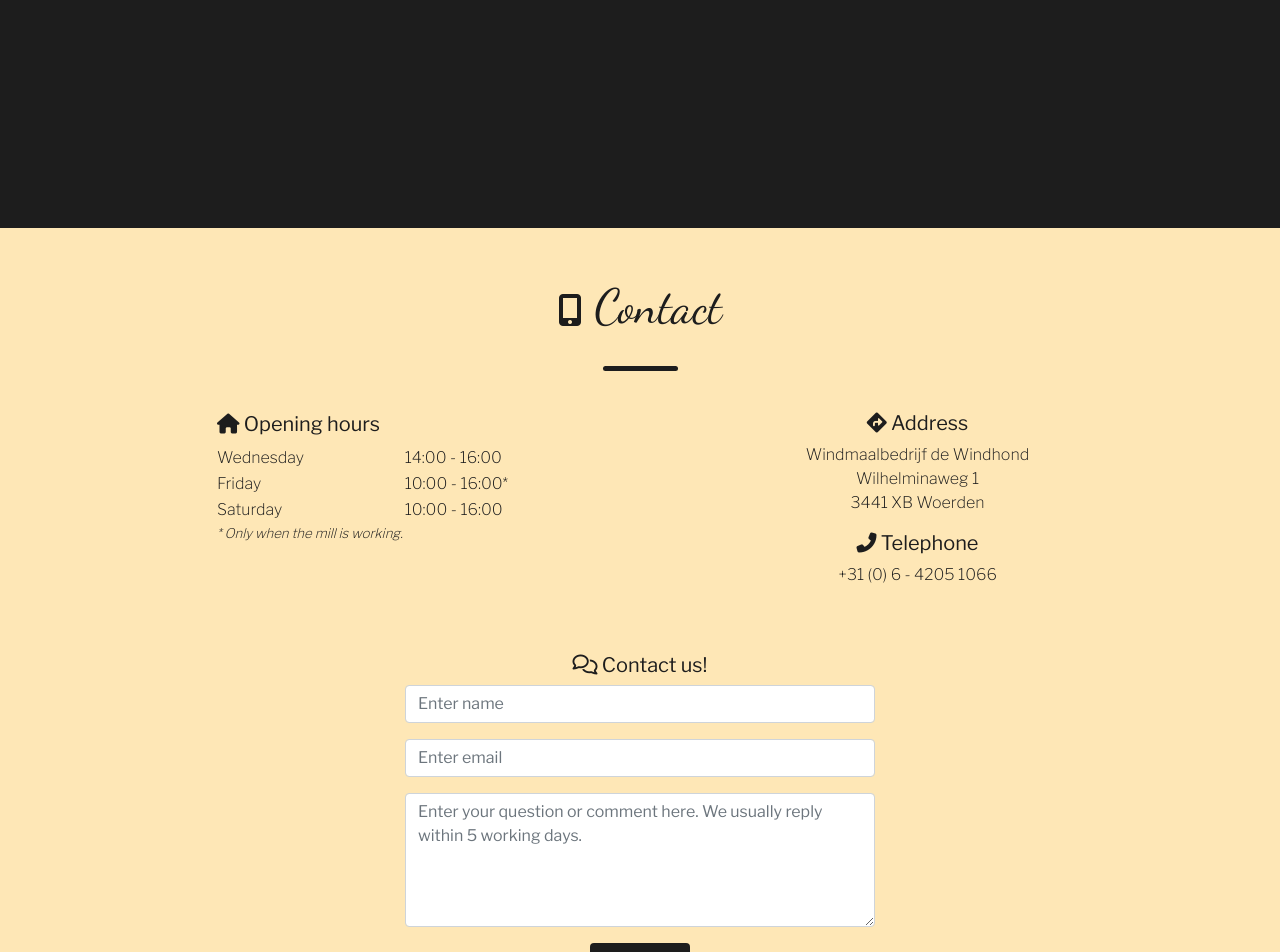
Repository: jdl208/DeWindhond
Page: index.html
The author's editor kept a record of every edit. The page is drawn from the files as they stood at one moment, then again after the next edit.
The browser window is 1280 px wide. The pictures show the part of the page from y = 2209 to 3161 px (the page is 3329 px tall).
Pictures or frames that could not be fetched are drawn as grey boxes. Some web libraries are served in a nearby version.

Above is the page before.

### index.html
<!DOCTYPE html>
<html lang="en">

<head>
    <meta charset="UTF-8">
    <meta name="viewport" content="width=device-width, initial-scale=1.0">
    <meta http-equiv="X-UA-Compatible" content="ie=edge">
    <title>Windmill "De Windhond"</title>
    <link rel="stylesheet" href="https://stackpath.bootstrapcdn.com/bootstrap/4.3.1/css/bootstrap.min.css" integrity="sha384-ggOyR0iXCbMQv3Xipma34MD+dH/1fQ784/j6cY/iJTQUOhcWr7x9JvoRxT2MZw1T" crossorigin="anonymous">
    <link href="https://fonts.googleapis.com/css?family=Dancing+Script:400,700&display=swap" rel="stylesheet">
    <link rel="stylesheet" href="assets/css/style.css" type="text/css" />

</head>

<body>

    <!-- Navigation-->
    <a href="" class="anchor" id="home"></a>
    <nav class="navbar fixed-top navbar-expand-md navbar-dark dark-bg">
        <a class="navbar-brand" href="#home">De Windhond</a>
        <button id="navbar-toggle-icon" class="navbar-toggler" type="button" data-toggle="collapse" data-target="#navbarTogglerDemo02" aria-controls="navbarTogglerDemo02" aria-expanded="false" aria-label="Toggle navigation">
                <i class="fas fa-bars"></i>
            </button>

        <div class="collapse navbar-collapse" id="navbarTogglerDemo02">
            <ul class="navbar-nav ml-auto mt-2 mt-lg-0">
                <li class="nav-item ml-auto nav--link">
                    <a class="nav-link" href="#home"><strong>Home</strong><span class="sr-only">(current)</span></a>
                </li>
                <li class="nav-item ml-auto nav--link">
                    <a class="nav-link" href="#about"><strong>About</strong></a>
                </li>
                <li class="nav-item ml-auto nav--link">
                    <a class="nav-link" href="#media"><strong>Media</strong></a>
                </li>
                <li class="nav-item ml-auto nav--link">
                    <a class="nav-link" href="#contact"><strong>Contact</strong></a>
                </li>
            </ul>
        </div>
    </nav>

    <!--Header image slider-->

    <header class="top-section">
        <div class="jumbotron sectioncontainer carousel-wrapper">


            <!--Preload images so you you wont see a hickup in the slider -->

            <img class="d-none" src="assets/images/img1.jpg" />
            <img class="d-none" src="assets/images/img2.jpg" />
            <img class="d-none" src="assets/images/img3.jpg" />
            <img class="d-none" src="assets/images/img4.jpg" />
            <img class="d-none" src="assets/images/img5.jpg" />
            <img class="d-none" src="assets/images/img6.jpg" />
            <img class="d-none" src="assets/images/img7.jpg" />

            <div class="bg-image-slider">

            </div>
        </div>
    </header>

    <!-- About -->
    <a href="" class="anchor" id="about"></a>
    <section class="light-bg sectioncontainer">
        <div class="container about">
            <h2><i class="far fa-list-alt media-icon"></i> About</h2>
            <hr class="block-divider dark-divider">

            <div class="row">
                <div class="col-md-6">
                    <h4>Timeline</h4>
                    <div class="history-items">
                        <div class="timeline-item" data-dates="1498">
                            <p>The first mill was build on top of the city wall.</p>
                        </div>
                        <div class="timeline-item" data-dates="1755">
                            <p>De Windhond was build on the spot of the original mill.</p>
                        </div>
                        <div class="timeline-item" data-dates="1977">
                            <p>The mill was sold to the city of Woerden. Which would restore the mill to it's original state.</p>
                        </div>
                        <div class="timeline-item" data-dates="2011">
                            <p>The new miller Karel Dolman is going to work in De Windhond and is going to make the mill functioning again untill this day.</p>
                        </div>
                    </div>
                </div>
                <div class="col-md-6">
                    <hr class="block-divider dark-divider d-md-none">
                    <h4>History</h4>

                    <p>Windmill "De Windhond" is a historical and valuable feature for the city of Woerden.</P>
                    <p>The Windhond is a round stone mill that was built in 1755 in Woerden. Today the mill is well maintained and is an important part of the cityscape.</p>
                    <p>The mill stands on one of the last pieces of city wall, originally part of a bastion belonging to the city walls of old Woerden. De Windhond has a flight of 25.2 meters. The mill was restored in 1984 and today it is still in use as
                        a flour mill. The flour from the mill is used at various points of sale. In addition, a number of bakers in Woerden sell bread with flour from the mill. The interior of the mill is largely in authentic condition. The miller lives
                        in the house at the bottom of the mill.
                    </p>
                    <!--<p>Karel Dolman (29) divides his time between "his" windmill De Windhond in Woerden and a permanent job as a mill repairman.</p>-->
                    <!--<p>The mill in Woerden doesn't run full production. The repairman job makes the work complete. Maintenance is always necessary and I am always technically informed.</p>-->
                    <!--<p>Karel has been at the mill since childhood. He is officially qualified and knows everything about the technology, weather, sailing and more. "And you have to be physically capable, because getting the windmill up or slowing down requires-->
                    <!--    power." Whether the work is in his blood? "Then I have to go to the doctor," he jokes. Collegiate banter between father (Maarten Dolman, miller of the Windotter in IJsselstein) and son is also there: "The Greyhound is older: completely-->
                    <!--    from 1755, while De Windotter only has stones that date from 1732, the rest is younger."</p>-->

                </div>
            </div>
        </div>

    </section>

    <!-- Media section-->
    <a href="" class="anchor" id="media"></a>

    <section class="dark-bg mediabox sectioncontainer">
        <H2><i class="fas fa-photo-video media-icon"></i> Media</H2>
        <hr class="block-divider yellow-divider">
        <div class="row mediarow">
            <div class="col-12">
                <h4>Impression of the mill</h4>
            </div>
            <iframe width="560" height="315" src="https://www.youtube.com/embed/qNwYElhLL6A" frameborder="0" allow="accelerometer; autoplay; encrypted-media; gyroscope; picture-in-picture" allowfullscreen></iframe>
        </div>

        <hr class="block-divider yellow-divider">

        <div class="row mediarow">
            <div class="col-12">
                <h4>Interview with Karel Dolman the miller</h4>
            </div>
            <iframe width="560" height="315" src="https://www.youtube.com/embed/lAjF5r5rAqM" frameborder="0" allow="accelerometer; autoplay; encrypted-media; gyroscope; picture-in-picture" allowfullscreen></iframe>
        </div>

        </div>
    </section>

    <!-- Contact-->

    <a href="" class="anchor" id="contact"></a>
    <section class="sectioncontainer light-bg">
        <div class="container">
            <h2><i class="fas fa-mobile-alt media-icon"></i> Contact</h2>
            <hr class="block-divider dark-divider">
            <div class="row">
                <div class="col-md-6 contact_visiting">
                    <table>
                        <th>
                            <h5><i class="fas fa-home"></i> Opening hours</h5>
                        </th>
                        <tr>
                            <td>Wednesday</td>
                            <td>14:00 - 16:00</td>
                        </tr>
                        <tr>
                            <td>Friday</td>
                            <td>10:00 - 16:00*</td>
                        </tr>
                        <tr>
                            <td>Saturday</td>
                            <td>10:00 - 16:00</td>
                        </tr>
                    <tr class="footnote_opening"><td>* Only when the mill is working.</td></tr>

                    </table>
                </div>
                <div class="col-md-6 contact_visiting">

                    <h5><i class="fas fa-directions"></i> Address</h5>
                    <p>Windmaalbedrijf de Windhond<br> Wilhelminaweg 1<br> 3441 XB Woerden
                    </p>
                    <h5><i class="fas fa-phone-alt"></i> Telephone</h5>
                    <p> +31 (0) 6 - 4205 1066</p>

                </div>

            </div>

            <div class="row">
                <div class="col-12 contact-form">
                    <h5><i class="far fa-comments"></i> Contact us!</h5>
                    <div class="form-group">
                        <input type="text" class="form-control" placeholder="Enter name" required>
                    </div>
                    <div class="form-group">
                        <input type="email" class="form-control" placeholder="Enter email" required>
                    </div>
                    <div class="form-group">
                        <textarea class="form-control" rows="5" Placeholder="Enter your question or comment here. We usually reply within 5 working days." required></textarea>
                    </div>
                    <button type="submit" class="btn btn--dark">Send</button>
                    </form>
                </div>
            </div>
    </section>

    <footer class="dark-bg">
        <div class="row footer">
            <div class="col-12">
                <ul class="list-inline">
                    <li class="list-inline-item"><a class="light-link" href="https://www.facebook.com/windmaalbedrijfdewindhond?pnref=story"><i class="fab fa-facebook-square socialicon"></i></a></li>
                    <li class="list-inline-item"><a class="light-link" href="#"><i class="fab fa-twitter-square socialicon"></i></a></li>
                    <li class="list-inline-item"><a class="light-link" href="#"><i class="fab fa-instagram socialicon"></i></a></li>
                    <li class="list-inline-item"><a class="light-link" href="#"><i class="fab fa-pinterest-square socialicon"></i></a></li>
                    <li class="list-inline-item"><a class="light-link" href="#"><i class="fab fa-snapchat-square socialicon"></i></a></li>
                </ul>
            </div>
        </div>
    </footer>

    <script src="https://code.jquery.com/jquery-3.3.1.slim.min.js" integrity="sha384-q8i/X+965DzO0rT7abK41JStQIAqVgRVzpbzo5smXKp4YfRvH+8abtTE1Pi6jizo" crossorigin="anonymous"></script>
    <script src="https://cdnjs.cloudflare.com/ajax/libs/popper.js/1.14.7/umd/popper.min.js" integrity="sha384-UO2eT0CpHqdSJQ6hJty5KVphtPhzWj9WO1clHTMGa3JDZwrnQq4sF86dIHNDz0W1" crossorigin="anonymous"></script>
    <script src="https://stackpath.bootstrapcdn.com/bootstrap/4.3.1/js/bootstrap.min.js" integrity="sha384-JjSmVgyd0p3pXB1rRibZUAYoIIy6OrQ6VrjIEaFf/nJGzIxFDsf4x0xIM+B07jRM" crossorigin="anonymous"></script>
    <script src="https://kit.fontawesome.com/70761e8d6e.js"></script>

</body>

</html>

### assets/css/style.css
@import url('https://fonts.googleapis.com/css?family=Dancing+Script:400,700|Libre+Franklin:200,300,400,700&display=swap');

html {
    scroll-behavior: smooth;
}

body {
    font-family: "Libre Franklin";
    font-weight: 200;
}

.sectioncontainer {
    padding-top: 50px;
    padding-bottom: 80px;
}

.anchor {
    display: block;
    position: relative;
    top: -56px;
    visibility: hidden;
}

/* ---------------------------------------------- Colors */

.dark-bg {
    color: #fee7b6;
    background-color: #1d1d1d;
}

.light-bg {
    background-color: #fee7b6;
    color: rgb(29, 29, 29);
}

.block-divider {
    width: 75px;
    height: 5px;
    border: 0;
    border-radius: 15px;
    margin-top: 30px;
    margin-bottom: 40px;
}

.yellow-divider {
    background-color: #fee7b6;
}

.dark-divider {
    background-color: rgb(29, 29, 29);
}

.light-link {
    color: #fee7b6;
}

.btn--dark {
    color: #fee7b6;
    background-color: rgba(29, 29, 29, 1);
    text-align: center;
}

/* ---------------------------------------------- Headings */

h2,
h3,
h4 {
    font-family: "dancing script";
    text-align: center;
    font-size: 3rem;
}

h4 {
    font-size: 2rem;
}

.media-icon {
    font-size: 32px;
}

/* ---------------------------------------------- Navbar */

.navbar {
    font-family: "dancing script";
    font-size: 1.2rem;
}

.navbar-brand {
    font-size: 1.5rem;
    color: #fee7b6;
}

.navbar-dark .navbar-brand {
    color: #fee7b6;
}

#navbar-toggle-icon {
    border: 0;
    color: #fee7b6;
}

.navbar-dark .navbar-nav .nav-link {
    color: #fee7b6;
}



/* ---------------------------------------------- Header */

.top-section {
    padding: 0;
}

.carousel-wrapper {
    position: relative;
    top: 56px;
    margin: 0 0 56px 0;
    padding: 0;
}

.bg-image-slider {
    height: 85vh;
    width: 100%;
    animation-name: bgslider;
    animation-duration: 49s;
    animation-timing-function: ease-in;
    animation-iteration-count: infinite;
    background-image: url("../images/img1.jpg");
    background-size: cover;
    background-repeat: no-repeat;
    background-position: center;
}

@keyframes bgslider {
    0% {
        background-image: url("../images/img1.jpg");
    }
    10% {
        background-image: url("../images/img1.jpg");
    }
    14% {
        background-image: url("../images/img2.jpg");
    }
    24% {
        background-image: url("../images/img2.jpg");
    }
    28% {
        background-image: url("../images/img3.jpg");
    }
    38% {
        background-image: url("../images/img3.jpg");
    }
    42% {
        background-image: url("../images/img4.jpg");
    }
    52% {
        background-image: url("../images/img4.jpg");
    }
    56% {
        background-image: url("../images/img5.jpg");
    }
    66% {
        background-image: url("../images/img5.jpg");
    }
    70% {
        background-image: url("../images/img6.jpg");
    }
    80% {
        background-image: url("../images/img6.jpg");
    }
    84% {
        background-image: url("../images/img7.jpg");
    }
    95% {
        background-image: url("../images/img7.jpg");
    }
    100% {
        background-image: url("../images/img1.jpg");
    }
}

/* ---------------------------------------------- About */

.history-heading {
    margin-bottom: 50px;
}

.timeline-item {
    padding: 4em 2em 0em 2em;
    position: relative;
    border-left: 1px solid;
}

.timeline-item p {
    padding: 0;
    margin: 0;
}

.timeline-item:before {
    content: attr(data-dates);
    position: absolute;
    left: 2.5em;
    top: 3em;
    display: block;
    font-weight: 500;
    font-size: 0.8em;
    padding: 0;
    margin: 0;
}

.timeline-item:after {
    width: 12px;
    height: 12px;
    display: block;
    top: 2.5em;
    position: absolute;
    left: -6px;
    border-radius: 12px;
    content: '';
    background: rgb(29, 29, 29);

}

/* ---------------------------------------------- Media */

.row {
    margin: 0;
}

iframe {
    margin: auto;
}

/* ---------------------------------------------- Contact */

.contact_visiting {
    text-align: center;
}

.contact_visiting table {
    text-align: left;
    margin: auto;
}


.footnote_opening {
    font-size: smaller;
    font-style: italic;
}


.contact-form {
    margin: auto;
    text-align: center;
    margin-top: 50px;
    max-width: 500px;
}

.contact-form .btn--dark {
    width: 100px;
}


/* ---------------------------------------------- Footer */

.footer {
    height: 50px;
    text-align: center;
    padding: 10px;
}

.footerlist {
    list-style-type: none;
}

.list-item-footer {
    display: inline-block;
    height: 30px;
    color: #fee7b6;
}

.socialicon {
    font-size: 30px;
}

.socialicon:hover {
    color: #dec080
}

After the next edit:
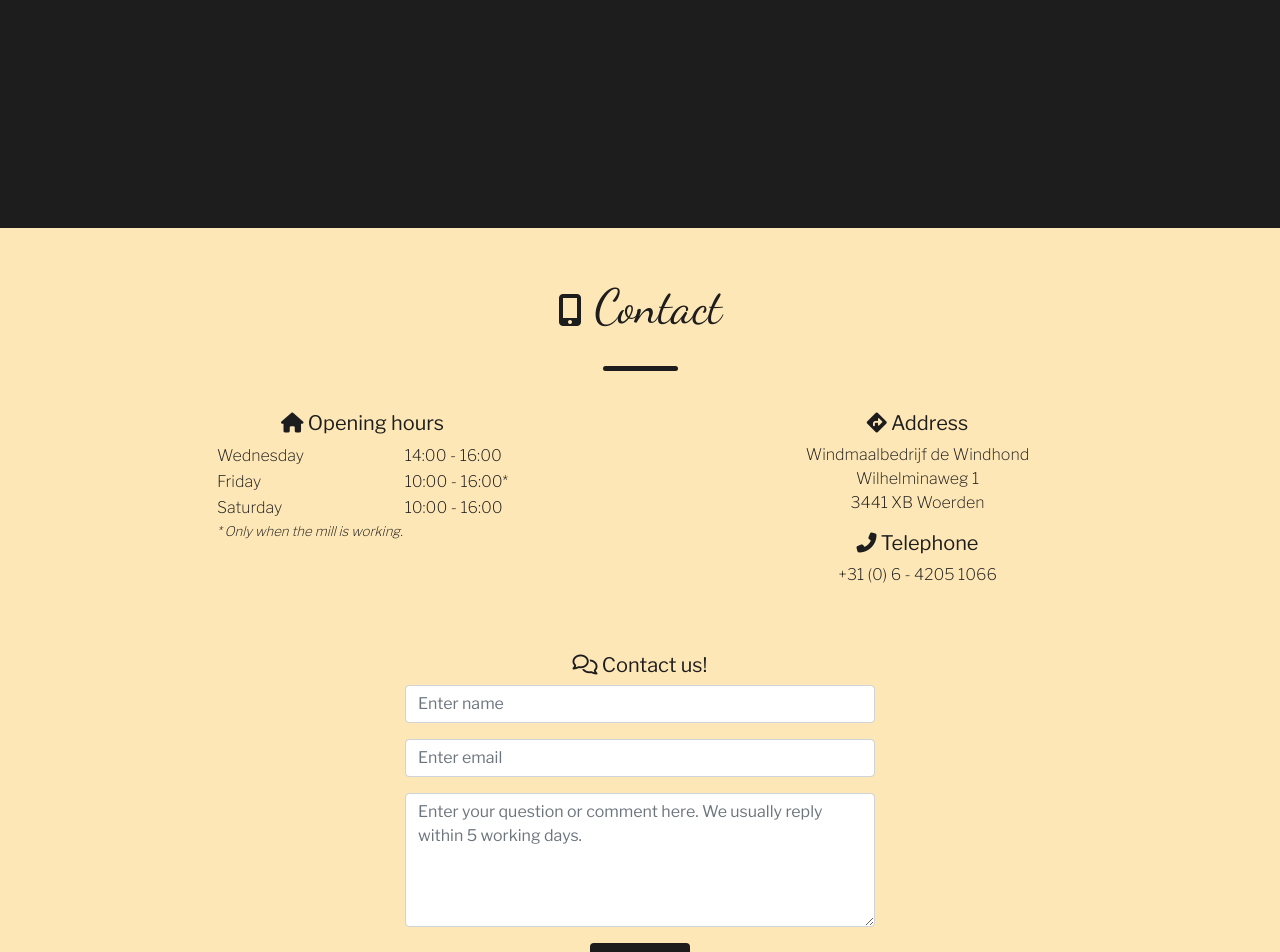
The edit:
--- a/index.html
+++ b/index.html
@@ -144,9 +144,7 @@
             <div class="row">
                 <div class="col-md-6 contact_visiting">
                     <table>
-                        <th>
-                            <h5><i class="fas fa-home"></i> Opening hours</h5>
-                        </th>
+                                                    <h5><i class="fas fa-home"></i> Opening hours</h5>
                         <tr>
                             <td>Wednesday</td>
                             <td>14:00 - 16:00</td>
